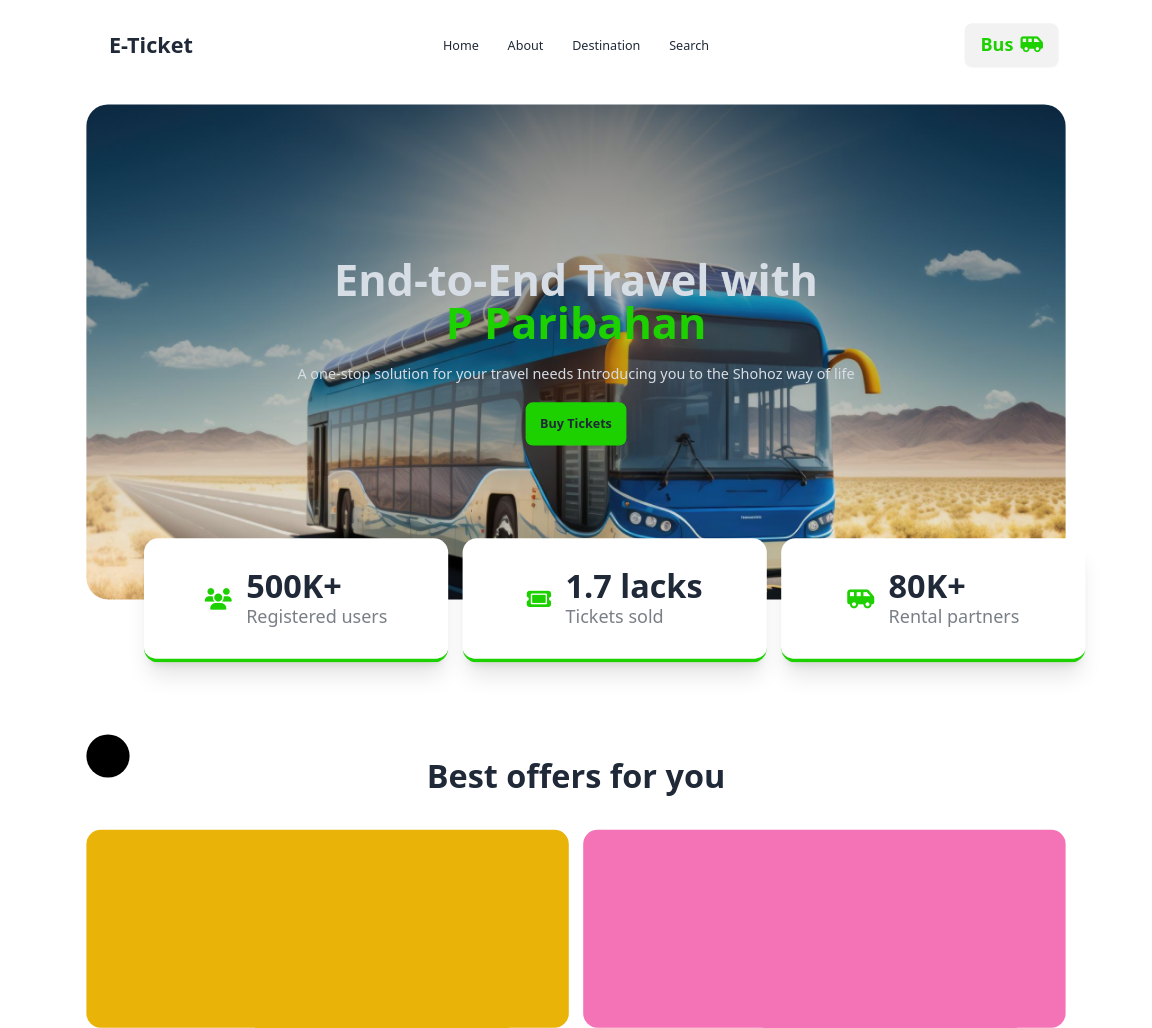
Repository: RudrasahaDibos/Smart-ticketing
Page: index.html
An editor plug-in stored every save of this project. The page is shown before and after a run of saves, followed by the edit.
The browser window is 1280 px wide. The pictures show the whole page, at 90% of full size.
Some web fonts or font styles are not loaded; a fallback is used. Some web libraries are served in a nearby version.

Above is the page before, as saved 2024-11-10 01:10:29.

After the next 3 saves:
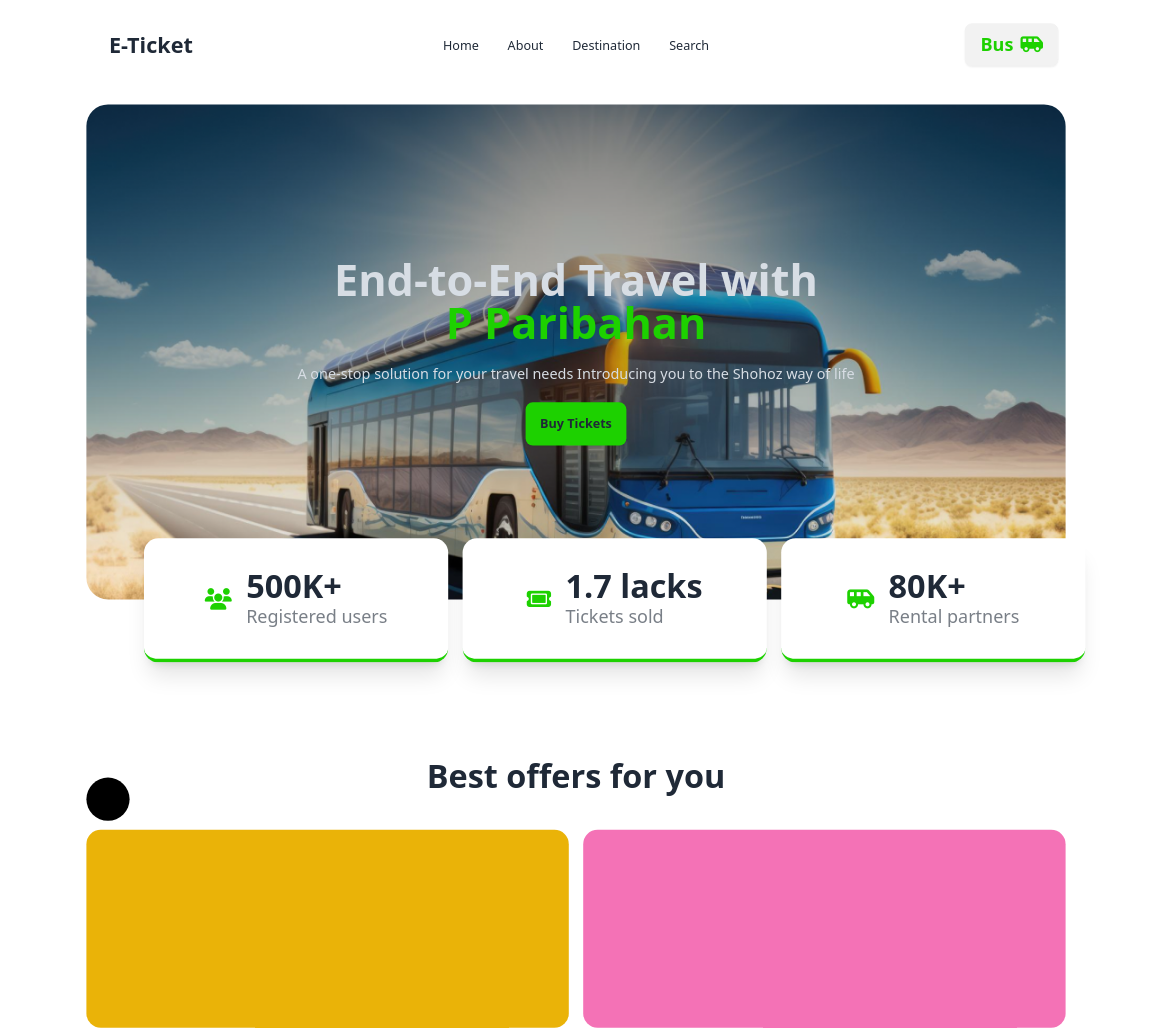
The 3 saves are shown as one change because they came seconds apart.
The last was saved 10 s later.
--- a/index.html
+++ b/index.html
@@ -156,7 +156,7 @@
 
                                 <div class="flex gap-4 mt-10">
                                     <div class="bg-yellow-500  w-[573px] h-[220px] rounded-2xl">
-                                               <p class="bg-black w-[48px] h-[48px] absolute mx-auto rounded-full  -bottom-36"></p>
+                                               <p class="bg-black w-[48px] h-[48px] absolute mx-auto rounded-full  -bottom-48"></p>
                                     </div>
                                     <div class="bg-pink-400   w-[573px] h-[220px] rounded-2xl">
 
